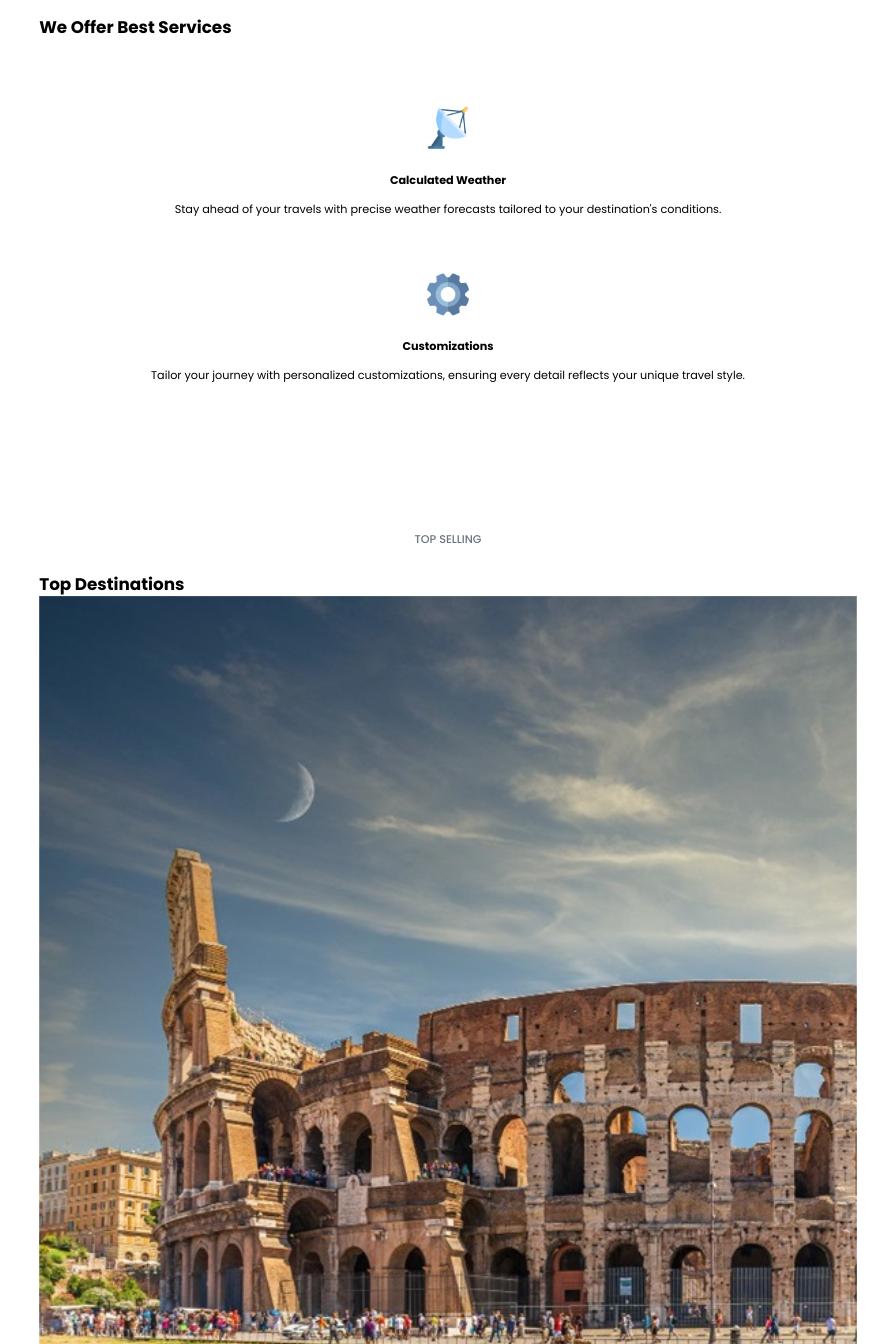
Repository: ntandomagana/travel-website
Page: index.html
An editor plug-in stored every save of this project. The page is shown before and after the next save, followed by the edit.
The browser window is 1280 px wide. The pictures show the part of the page from y = 1372 to 3292 px (the page is 9367 px tall before and 9375 px after), at 70% of full size.

Above is the page before, as saved 2024-05-07 13:21:01.

### index.html
<!DOCTYPE html>
<html lang="en">
  <head>
    <meta charset="UTF-8" />
    <meta name="viewport" content="width=device-width, initial-scale=1.0" />
    <link
      href="https://cdn.jsdelivr.net/npm/remixicon@4.2.0/fonts/remixicon.css"
      rel="stylesheet"
    />
    <link
      rel="stylesheet"
      href="https://cdn.jsdelivr.net/npm/swiper@11/swiper-bundle.min.css"
    />
    <link rel="stylesheet" href="style.css" />
    <title>Travel Website</title>
  </head>
  <body>
    <nav>
      <div class="nav-header">
        <div class="logo">
          <a href="#" class="logo">Travel<span>S</span>.</a>
        </div>
        <div class="nav-menu-btn" id="menu-btn">
          <i class="ri-menu-line"></i>
        </div>
      </div>

      <ul class="nav-links" id="nav-links">
        <li><a href="#home">Home</a></li>
        <li><a href="#service">Services</a></li>
        <li><a href="#destination">Destinations</a></li>
        <li><a href="#trips">Trips</a></li>
        <li><a href="#client">Clients</a></li>
      </ul>
    </nav>

    <header class="section-container header-container" id="home">
      <div class="header-image">
        <img src="assets/header.png" alt="header" />
      </div>
      <div class="header-content">
        <h3 class="section-subheader">BEST DESTINATIONS AROUND THE WORLD</h3>
        <h1>Travel, enjoy and live a new full life</h1>
        <p>
          It's an invitation to break free from the ordinary, immerse yourself
          in diverse cultures, and embrace the beauty of the world around you.
          Let every journey be a chapter in your story of living life to its
          fullest potential.
        </p>
        <div class="header-btns">
          <button class="btn">Find out more</button>
          <a href="#">
            <span><i class="ri-play-fill"></i></span>
            Play Demo
          </a>
        </div>
      </div>
    </header>

    <section class="section-container service-container" id="service">
      <h3 class="section-subheader">CATEGORY</h3>
      <h2 class="section-header">We Offer Best Services</h2>
      <div class="service-grid">
        <div class="service-card">
          <img src="assets/weather.png" alt="service" />
          <h4>Calculated Weather</h4>
          <p>
            Stay ahead of your travels with precise weather forecasts tailored
            to your destination's conditions.
          </p>
        </div>
        <div class="service-card">
          <img src="assets/customisation.png" alt="service" />
          <h4>Customizations</h4>
          <p>
            Tailor your journey with personalized customizations, ensuring every
            detail reflects your unique travel style.
          </p>
        </div>
      </div>
    </section>

    <section class="section-container destination-container" id="destination">
      <h3 class="section-subheader">TOP SELLING</h3>
      <h2 class="section-header">Top Destinations</h2>
      <div class="destination-grid">
        <div class="destination-card">
          <img src="assets/destination-1.jpg" alt="destination" />
          <div class="destination-details">
            <div>
              <h4>Rome, Italy</h4>
              <h4>$5.42k</h4>
            </div>
            <p>
              <span><i class="ri-navigation-fill"></i></span>
              10 days trip
            </p>
          </div>
        </div>
        <div class="destination-card">
          <img src="assets/destination-3.jpg" alt="destination" />
          <div class="destination-details">
            <div>
              <h4>Full Europe</h4>
              <h4>$15k</h4>
            </div>
            <p>
              <span><i class="ri-navigation-fill"></i></span>
              28 Days Trip
            </p>
          </div>
        </div>
      </div>
    </section>

    <section class="section-container trip-container" id="trip">
      <div class="trip-image">
        <img src="assets/trip.png" />
      </div>
      <div class="trip-content">
        <h3 class="section-subheader">EASY & FAST</h3>
        <h2 class="section-header">Book Your Next Trip in 3 Easy Steps</h2>
        <ul class="trip-list">
          <li>
            <span><i class="ri-signpost-line"></i></span>
            <div>
              <h4>Choose Destination</h4>
              <p>
                Choose your dream destination from our curated selection of
                exotic locales, bustling cities, and serene getaways.
              </p>
            </div>
          </li>

          <li>
            <span><i class="ri-secure-payment-line"></i></span>
            <div>
              <h4>Reach Airport on Selected Date</h4>
              <p>
                Prepare for takeoff as you finalize your travel plans, arriving
                at the airport on your selected date ready to embark on your
                next unforgettable journey.
              </p>
            </div>
          </li>
        </ul>
      </div>
    </section>

    <section class="section-container clinet-container" id="client">
      <div class="client-content">
        <h3 class="section-subheader">TESTIMONIALS</h3>
        <h2 class="section-header">What People Say About Us</h2>
      </div>
      <div class="client-swiper">
        <!--Slider main container-->
        <div class="swiper">
          <!--Additional required wrapper-->
          <div class="swiper-wrapper">
            <!--Slides-->
            <div class="swiper-slide">
              <div class="client-card">
                <img src="assets/client-1.jpg" alt="client" />
                <div class="client-card-content">
                  <p>
                    Booking my trips through this platform has been a
                    game-changer! From the intuitive interface to the seamless
                    booking process, I've never felt more excited to explore new
                    destinations.
                  </p>
                  <h4>Emily Watson</h4>
                  <h5>Travel Enthusiast</h5>
                </div>
              </div>
            </div>
            <div class="swiper-slide">
              <div class="client-card">
                <img src="assets/client-2.jpg" alt="client" />
                <div class="client-card-content">
                  <p>
                    As a busy professional, time is of the essence. This website
                    made planning my vacation a breeze, allowing me to focus on
                    what matters most: making memories with my family.
                  </p>
                  <h4>David Nguyen</h4>
                  <h5>Business Executive</h5>
                </div>
              </div>
            </div>

            <div class="swiper-slide">
              <div class="client-card">
                <img src="assets/client-3.jpg" alt="client" />
                <div class="client-card-content">
                  <p>
                    I've been using this service for years, and it never
                    disappoints. The convenience of booking my flights,
                    accommodations, and activities all in one place saves me
                    time and stress every trip.
                  </p>
                  <h4>Michael Johnson</h4>
                  <h5>Frequent Flyer</h5>
                </div>
              </div>
            </div>
          </div>
        </div>
      </div>
    </section>

    <footer class="footer">
      <div class="section-container footer-container">
        <div class="footer-col">
          <div class="footer-logo">
            <a href="#" class="logo">Travel<span>S</span>.</a>
          </div>
          <p>
            Our platform is your passport to seamless adventures, offering a
            curated selection of destinations and a user-friendly booking
            experience.
          </p>
        </div>
        <div class="footer-col">
            <h4>Company</h4>
            <ul class="footer-links">
                <li><a href="#">About</a></li>
                <li><a href="#">Careers</a></li>
                <li><a href="#">Mobile</a></li>
            </ul>
        </div>
        <div class="footer-col">
          <h4>Contact</h4>
          <ul class="footer-links">
            <li><a href="#">Help/FAQ</a></li>
            <li><a href="#">Press</a></li>
            <li><a href="#">Affiliates</a></li>
          </ul>
        </div>
        <div class="footer-col">
          <ul class="footer-socials">
            <li>
              <a href="#"><i class="ri-facebook-fill"></i></a>
            </li>
            <li>
              <a href="#"><i class="ri-instagram-line"></i></a>
            </li>
            <li>
              <a href="#"><i class="ri-twitter-fill"></i></a>
            </li>
          </ul>
          <h5>Discover our app</h5>
          <div class="footer-discover">
            <a href="#"><img src="assets/google-play.jpg" alt="discover" /></a>
            <a href="#"><img src="assets/app-store.jpg" alt="discover" /></a>
          </div>
        </div>
      </div>
      <div class="footer-bar">
        Copyright © 2024 TravelS. All rights reserved.
      </div>
    </footer>

    <script src="https://unpkg.com/scrollreveal"></script>
    <script src="https://cdn.jsdelivr.net/npm/swiper@11/swiper-bundle.min.js"></script>
    <script src="main.js"></script>

      </div>

    </footer>
  </body>
</html>

### style.css
@import url("https://fonts.googleapis.com/css2?family=Poppins:ital,wght@0,100;0,200;0,300;0,400;0,500;0,600;0,700;0,800;0,900;1,100;1,200;1,300;1,400;1,500;1,600;1,700;1,800;1,900&display=swap");

:root {
  --primary-color: #e06951;
  --text-dark: #111827;
  --text-light: #6b7280;
  --white: #ffffff;
  --max-width: 1200px;
}

* {
  padding: 0;
  margin: 0;
  box-sizing: border-box;
}

html,
body {
  scroll-behavior: smooth;
}

body {
  font-family: "Poppins", sans-serif;
  background-image: url(assets/header-bg.png);
  background-size: contain;
  background-position: top center;
  background-repeat: no-repeat;
}

nav {
  position: fixed;
  isolation: isolate;
  width: 100%;
  max-width: var(--max-width);
  margin-inline: auto;
  z-index: 9;
}

.nav-header {
  padding: 1rem;
  width: 100%;
  display: flex;
  align-items: center;
  justify-content: space-between;
  background-color: var(--text-dark);
}

.nav-header .logo {
  color: var(--white);
}

.nav-menu-btn {
  font-size: 1rem;
  color: var(--white);
  cursor: pointer;
}

.nav-links {
  position: absolute;
  top: 65px;
  left: 0;
  width: 100%;
  list-style: none;
  display: flex;
  align-items: center;
  justify-content: center;
  flex-direction: column;
  gap: 2rem;
  padding: 2rem;
  background-color: var(--text-dark);
  transition: 0.5s;
  z-index: -1;
  transform: translateY(-100%);
}

.nav-links.open {
  transform: translateY(0);
}

.nav-links a {
  font-weight: 500;
  white-space: nowrap;
  color: var(--white);
}

.nav-links a:hover {
  color: var(--primary-color);
}

.section-container {
  max-width: var(--max-width);
  margin: auto;
  padding: 5rem 1rem;
}

.section-subheader {
  margin-bottom: 1rem;
  font-size: 1rem;
  font-weight: 500;
  line-height: 3.75rem;
  color: var(--text-light);
  text-align: center;
}

.logo {
  font-size: 1.75rem;
  font-weight: 600;
  color: var(--text-dark);
}

.logo span {
  color: var(--primary-color);
}

img {
  display: flex;
  width: 100%;
}

a {
  text-decoration: none;
  transition: 0.4s;
}

ul {
  list-style: none;
}

.header-container {
  display: grid;
  gap: 2rem;
  overflow: hidden;
}

.header-image img {
  max-width: 550px;
  margin-inline: auto;
}

.header-content .section-subheader {
  font-size: 1.2rem;
  color: var(--primary-color);
}

.header-content h1 {
  margin-bottom: 1rem;
  font-size: 4.75rem;
  font-weight: 500;
  line-height: 5.5rem;
  color: var(--text-dark);
  text-align: center;
}

.header-content p {
  margin-bottom: 2rem;
  line-height: 2rem;
  color: var(--text-light);
  text-align: center;
}

.header-btns {
  display: flex;
  align-items: center;
  justify-content: center;
  gap: 2rem;
}

.header-btns .btn {
  padding: 1rem 1.5rem;
  outline: none;
  border: none;
  font-size: 1rem;
  color: var(--white);
  background-color: #f1a501;
  border-radius: 5px;
  box-shadow: 2px 2px 20px rgba(241, 165, 1, 0.5);
  cursor: pointer;
}

.header-btns a {
  display: flex;
  align-items: center;
  gap: 1rem;
  font-size: 1rem;
  font-weight: 500;
  color: var(--text-light);
  transition: 0.3s;
}

.header-btns a:hover {
  color: var(--text-dark);
}

.header-btns a span {
  padding: 6px 12px;
  font-size: 1.5rem;
  color: var(--white);
  background-color: var(--primary-color);
  box-shadow: 2px 2px 20px rgba(224, 105, 81, 0.5);
  border-radius: 100%;
}

.service-grid {
    margin-top: 4rem;
    display: grid;
    gap: 1rem;
}

.service-card {
    padding: 2rem 1rem;
    text-align: center;
    border-radius: 2rem;
    transition: 0.3s;
}

.service-card:hover {
    box-shadow: 10px 10px 30px rgba(0, 0, 0, 0.1);
}

.service-card  img {
    margin-bottom: 2rem;
    max-width: 60px;
    margin-inline: auto;
}

.service-card h4 {
    margin-bottom: 1rem;
    font-size: 1.3;
}

Loaded but not shown: main.js (no copy from this time; the picture is the same without it)

After the next save:
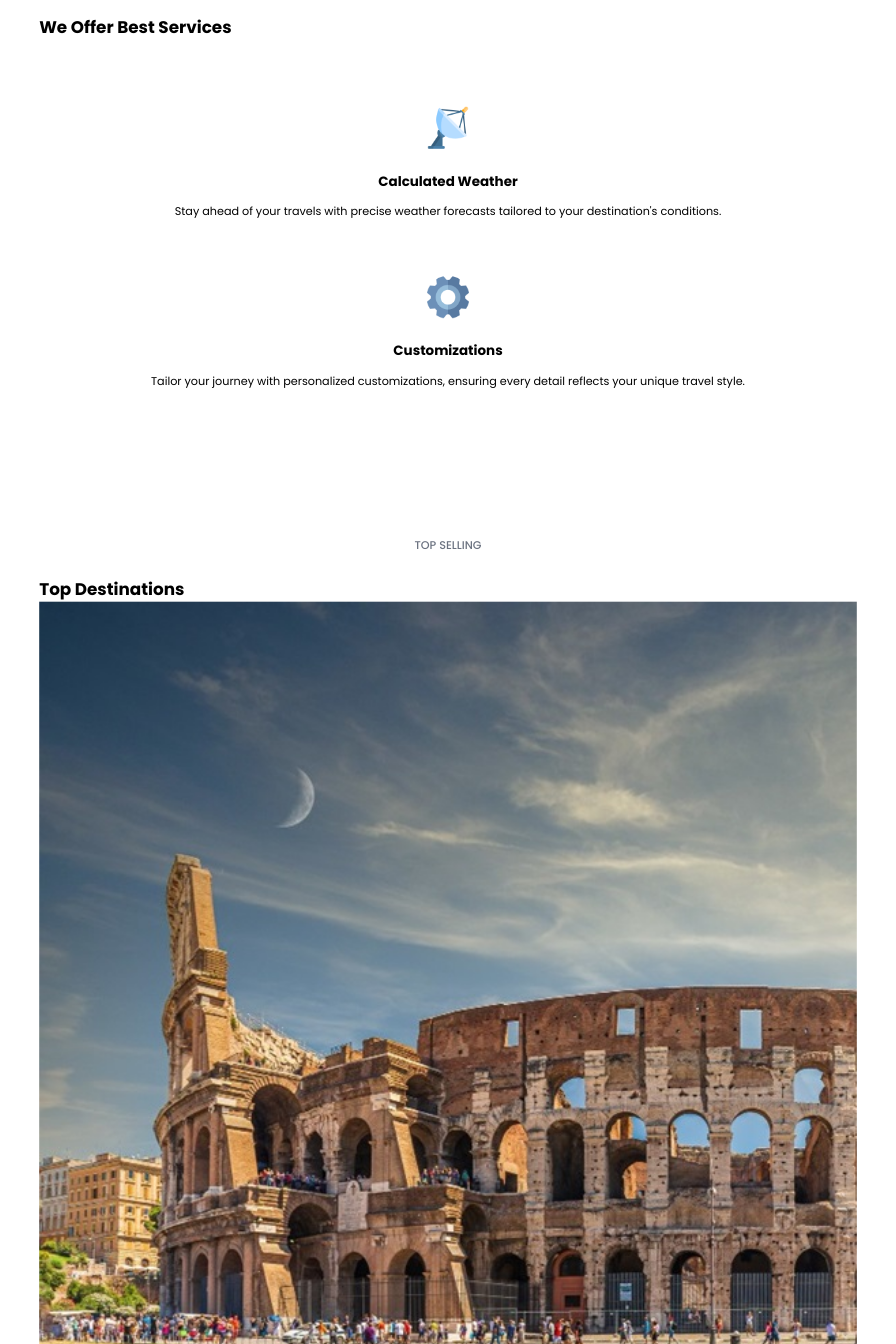
Saved 4 s later.
--- a/style.css
+++ b/style.css
@@ -225,5 +225,5 @@ ul {
 
 .service-card h4 {
     margin-bottom: 1rem;
-    font-size: 1.3;
-}
+    font-size: 1.2rem;
+}
